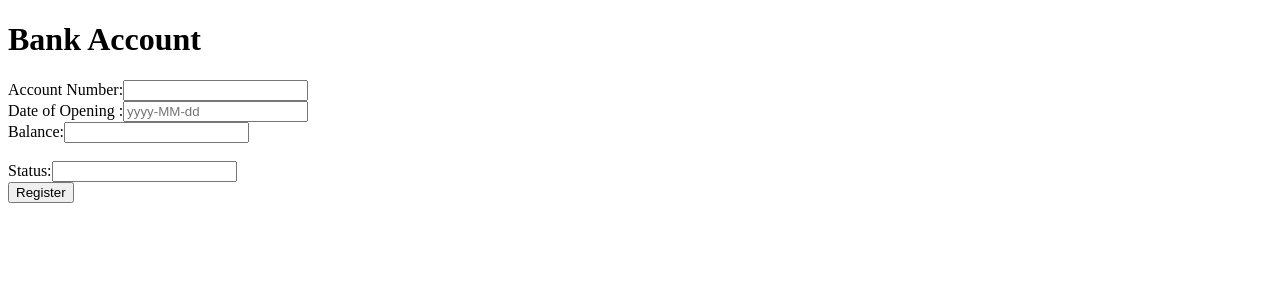
Repository: rajeshmalviya2011/MyRepo
Page: http://localhost/tcjassignment/bankaccount.jsp
An editor plug-in stored every save of this project. The page is shown before and after the next save, followed by the edit.
The browser window is 1280 px wide. The pictures show the whole page.
The page is served by Tomcat 9. Other server files are loaded and not shown.

Above is the page before, as saved 2020-08-07 12:36:27.

### tcjassignment/src/main/webapp/bankaccount.jsp
<%@ page language="java" contentType="text/html; charset=UTF-8"
    pageEncoding="UTF-8"%>
<!DOCTYPE html>
<html>
<head>
<meta charset="UTF-8">
<title>Insert title here</title>
</head>
<body>

	<h1>Bank Account</h1>
	<form action="registerAccount">
		Account Number:<input type="text" name="accNo"><br>
		Date of Opening :<input type="text" placeholder="yyyy-MM-dd" name="openingDate"><br>
		Balance:<input type="text" name="balance"><br><br>
		Status:<input type="text" name="status"><br>
		<input type="submit" value="Register">
	</form>
</body>
</html>

After the next save:
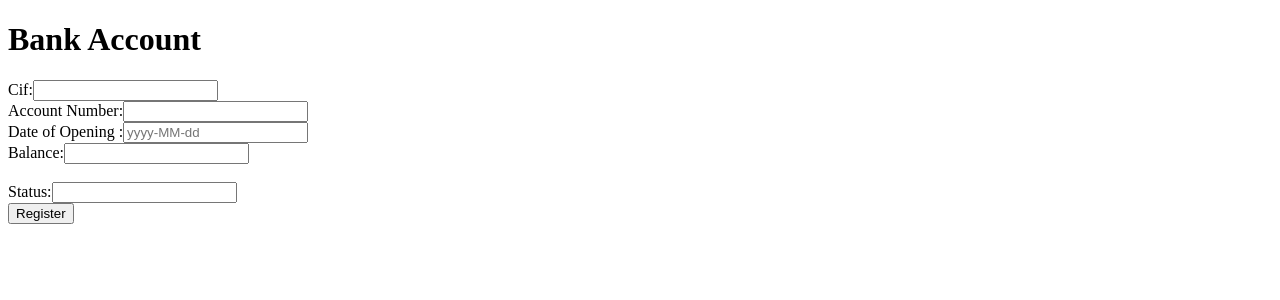
Saved 2 min 6 s later.
--- a/tcjassignment/src/main/webapp/bankaccount.jsp
+++ b/tcjassignment/src/main/webapp/bankaccount.jsp
@@ -10,10 +10,12 @@
 
 	<h1>Bank Account</h1>
 	<form action="registerAccount">
+		Cif:<input type="text" name="cif"><br>
 		Account Number:<input type="text" name="accNo"><br>
 		Date of Opening :<input type="text" placeholder="yyyy-MM-dd" name="openingDate"><br>
 		Balance:<input type="text" name="balance"><br><br>
 		Status:<input type="text" name="status"><br>
+
 		<input type="submit" value="Register">
 	</form>
 </body>
